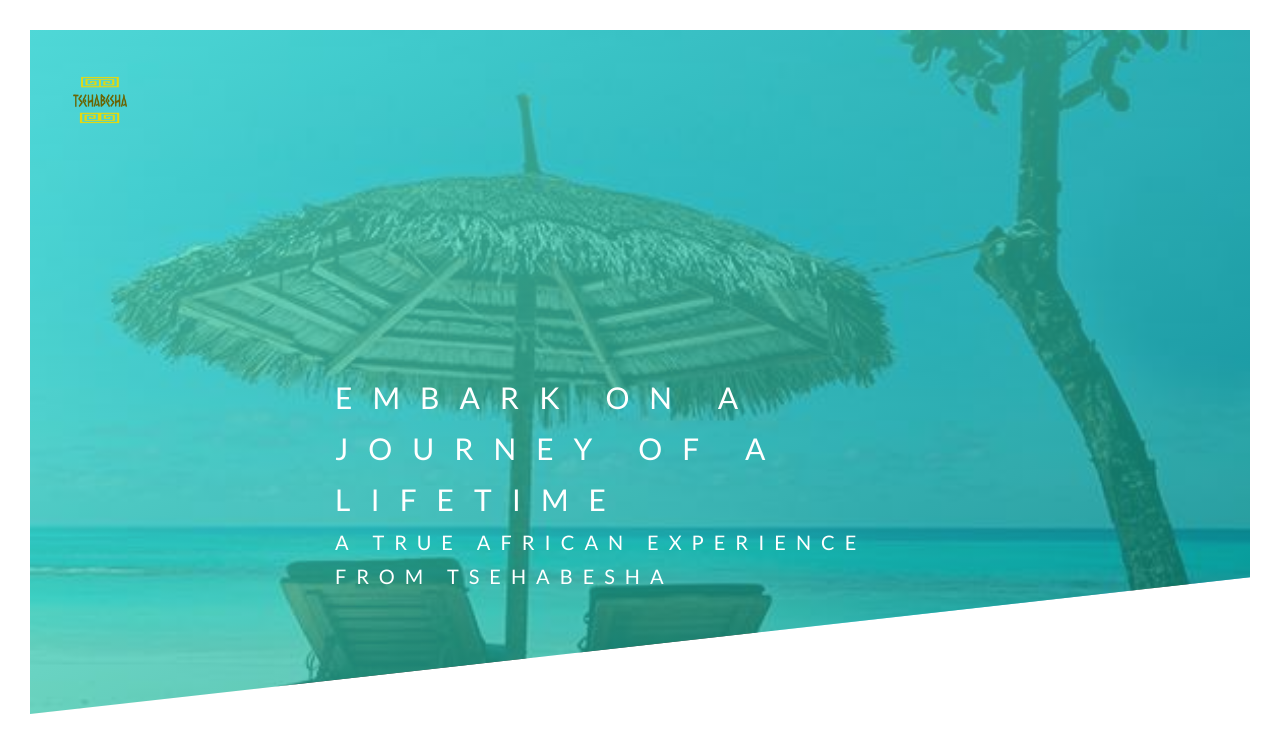
Repository: Azariagmt/tour-and-travel
Page: index.html
These files come from the project's save history. The page is drawn as it stood at one moment and after the next save; the edit follows.
The browser window is 1280 px wide. The pictures show the whole page.

Above is the page before, as saved 2020-03-24 17:10:39.

After the next save:
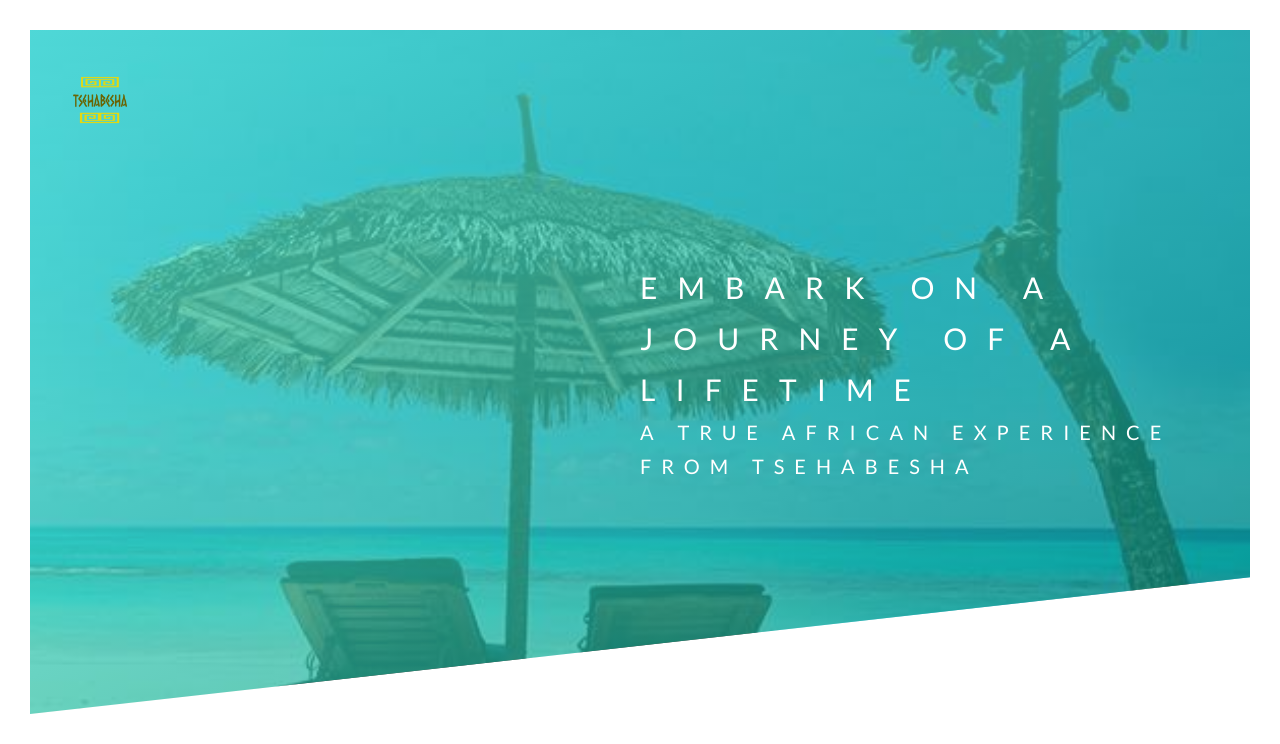
Saved 4 s later.
--- a/css/style.css
+++ b/css/style.css
@@ -36,7 +36,7 @@ body {
   position: absolute;
   top: 50%;
   left: 50%;
-  transform: translate(-50%);
+  transform: translate(0,-50%);
 }
 .heading-primary {
   color: white;
